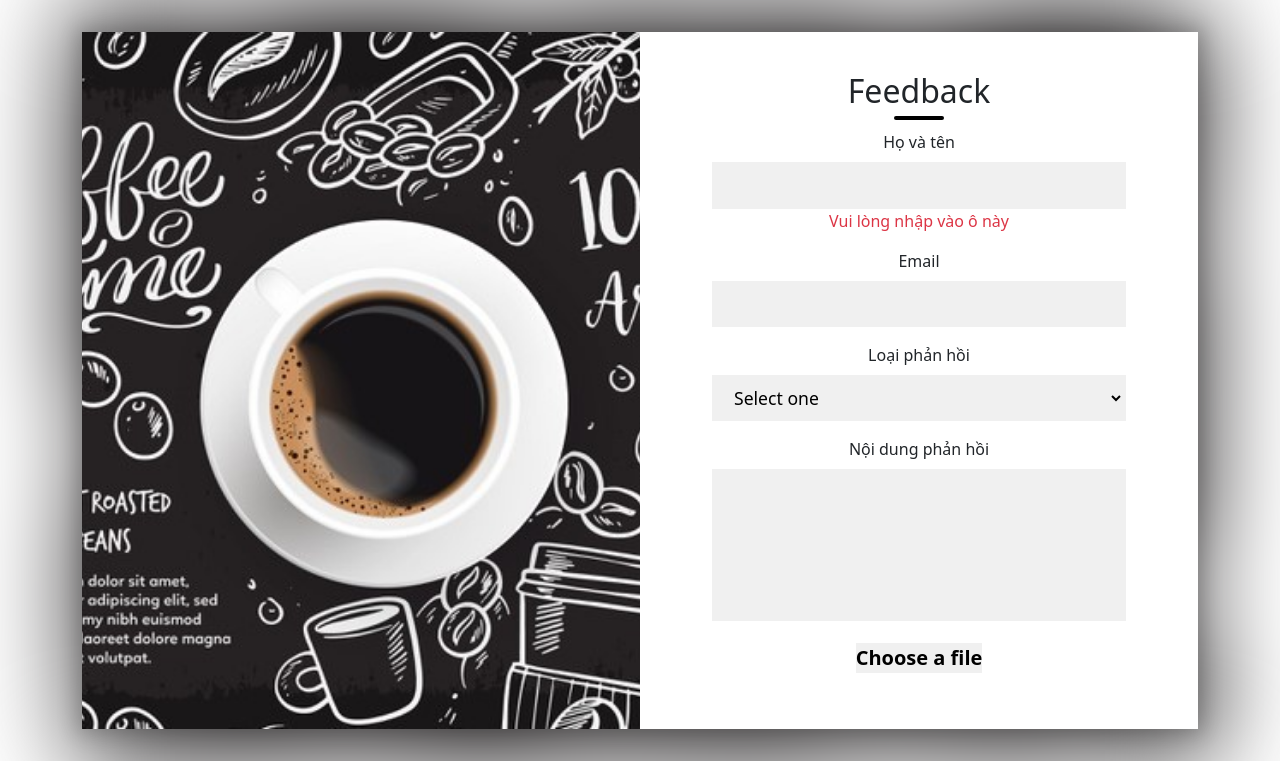
Repository: LeDongGyC/html-css
Page: HTML CSS/prototype/index.html
An editor plug-in stored every save of this project. The page is shown before and after a run of saves, followed by the edit.
The browser window is 1280 px wide. The pictures show the whole page.
The style sheet was rebuilt from its Sass, Less or Tailwind sources for each picture, by a compiler version that may differ from the author's.

Above is the page before, as saved 2023-05-24 10:32:05.

### HTML CSS/prototype/index.html
<!doctype html>
<html lang="en">

<head>
  <title>Title</title>
  <!-- Required meta tags -->
  <meta charset="utf-8">
  <meta name="viewport" content="width=device-width, initial-scale=1, shrink-to-fit=no">
  <link rel="stylesheet" href="style.css">
  <link rel="stylesheet" href="reset.css">
  <!-- <script src="index.js"></script> Bootstrap CSS v5.2.1 -->
  <script>
    var inputs = document.querySelectorAll('.inputfile');
    Array.prototype.forEach.call(inputs, function (input) {
      var label = input.nextElementSibling,
        labelVal = label.innerHTML;
      input.addEventListener('change', function (e) {
        var fileName = '';
        if (this.files && this.files.length > 1)
          fileName = (this.getAttribute('data-multiple-caption') || '').replace('{count}', this.files.length);
        else
          fileName = e.target.value.split('\\').pop();

        if (fileName)
          label.querySelector('span').innerHTML = fileName;
        else
          label.innerHTML = labelVal;
      });
    });
  </script>
  <link href="https://cdn.jsdelivr.net/npm/bootstrap@5.2.1/dist/css/bootstrap.min.css" rel="stylesheet"
    integrity="sha384-iYQeCzEYFbKjA/T2uDLTpkwGzCiq6soy8tYaI1GyVh/UjpbCx/TYkiZhlZB6+fzT" crossorigin="anonymous">

</head>

<body>
  <div class="container">
    <div class="feedback-box">
      <div class="feedback-box_left"></div>
      <div class="feedback-box_right">
        <h2 class="feedback-box_right-title">Feedback</h2>
        <div class="mb-3">
          <label for="name" class="form-label">Họ và tên</label>
          <input type="text" class=" feedback-box_right-item" name="" id="name" aria-describedby="helpId"
            placeholder="">
            <span class="text-danger">Vui lòng nhập vào ô này</span>
        </div>
        <div class="mb-3">
          <label for="email" class="form-label">Email</label>
          <input type="text" class=" feedback-box_right-item" name="" id="email" aria-describedby="helpId"
            placeholder="">
        </div>
        <div class="mb-3">
          <label for="" class="form-label">Loại phản hồi</label>
          <select class="feedback-box_right-item " name="" id="">
            <option selected disabled>Select one</option>
            <option value="" class="feedback-box_right-item-selected">Option 1</option>
            <option value="" class="feedback-box_right-item-selected">Option 2</option>
            <option value="" class="feedback-box_right-item-selected">Option 3</option>
          </select>
        </div>
        <div class="mb-3">
          <label for="feedback" class="form-label">Nội dung phản hồi</label>
          <textarea type="" class=" feedback-box_right-item" name="" id="feedback" aria-describedby="helpId"
            placeholder="" rows="5"></textarea>
        </div>
        <div class="mb-3">
          <input type="file" name="file" id="file" class="inputfile" data-multiple-caption="{count} files selected"
            multiple />
          <label for="file">Choose a file</label>
        </div>
      </div>
    </div>
  </div>
  <!-- Bootstrap JavaScript Libraries -->
  <!-- <script src="https://cdn.jsdelivr.net/npm/@popperjs/core@2.11.6/dist/umd/popper.min.js"
    integrity="sha384-oBqDVmMz9ATKxIep9tiCxS/Z9fNfEXiDAYTujMAeBAsjFuCZSmKbSSUnQlmh/jp3" crossorigin="anonymous">
    </script>

  <script src="https://cdn.jsdelivr.net/npm/bootstrap@5.2.1/dist/js/bootstrap.min.js"
    integrity="sha384-7VPbUDkoPSGFnVtYi0QogXtr74QeVeeIs99Qfg5YCF+TidwNdjvaKZX19NZ/e6oz" crossorigin="anonymous">
    </script> -->
</body>

</html>

### HTML CSS/prototype/style.scss
* {
  box-sizing: border-box;
}
html {
  font-size: 62.5%;
}
body {
  font-size: 1.6rem;
  font-family: "Arial", sans-serif;
  font-weight: normal;
  // height: 100vh;
  // width: 100%;
}
.container {
  position: relative;
  width: 80%;
  height: 80%;
  display: flex;
  justify-content: center;
  align-items: center;
  padding: 2rem 10rem;
  &::after {
    position: sticky;
    content: "";
    position: absolute;
    width: 100%;
    height: 100%;
    left: 0;
    top: 0;
    background: url("cafe.jpg") no-repeat center;
    background-size: cover;
    filter: blur(50px);
    z-index: -1;
  }
}
.feedback-box {
  max-width: 85rem;
  // min-width: 70vw;
  display: grid;
  grid-template-columns: repeat(2, 1fr);
  justify-content: center;
  align-items: center;
  text-align: center;
  background-color: #fff;
  box-shadow: 0px 0px 19px 5px rgba(0, 0, 0, 0.19);
  &_left {
    background: url("cafe.jpg") no-repeat center;
    display: block;
    background-size: cover;
    // object-fit: cover;
    height: 100%;
  }
  &_right {
    padding: 2.5rem 4.5rem;
    &-title {
      position: relative;
      padding: 0 0 10px;
      margin-bottom: 10px;
      &::after {
        content: "";
        position: absolute;
        left: 50%;
        bottom: 0;
        transform: translateX(-50%);
        height: 4px;
        width: 50px;
        border-radius: 2px;
        background-color: black;
      }
    }
    &-item {
      width: 100%;
      border: 2px solid rgba(0, 0, 0, 0);
      outline: none;
      background-color: rgba(230, 230, 230, 0.6);
      padding: 0.5rem 1rem;
      font-size: 1.1rem;
      //   margin-bottom: 22px;
      transition: 0.3s;
      &:hover {
        background-color: rgba(0, 0, 0, 0.1);
      }
      &:focus {
        border: 2px solid rgba(30, 85, 250, 0.47);
        background-color: #fff;
      }
      &:last-child {
        resize: none;
      }
    }
  }
}
.inputfile {
	width: 0.1px;
	height: 0.1px;
	opacity: 0;
	overflow: hidden;
	position: absolute;
	z-index: -1;
}
.inputfile + label {
    font-size: 1.25em;
    font-weight: 700;
    color: black;
    background-color: rgba(230, 230, 230, 0.6);
    display: inline-block;
    cursor: pointer;
}

.inputfile:focus + label,
.inputfile + label:hover {
  color: rgba(30, 85, 250, 0.47);
  background-color: rgba(0, 0, 0, 0.1);
}

Loaded but not shown: HTML CSS/prototype/reset.css (common file)

After the next 2 saves:
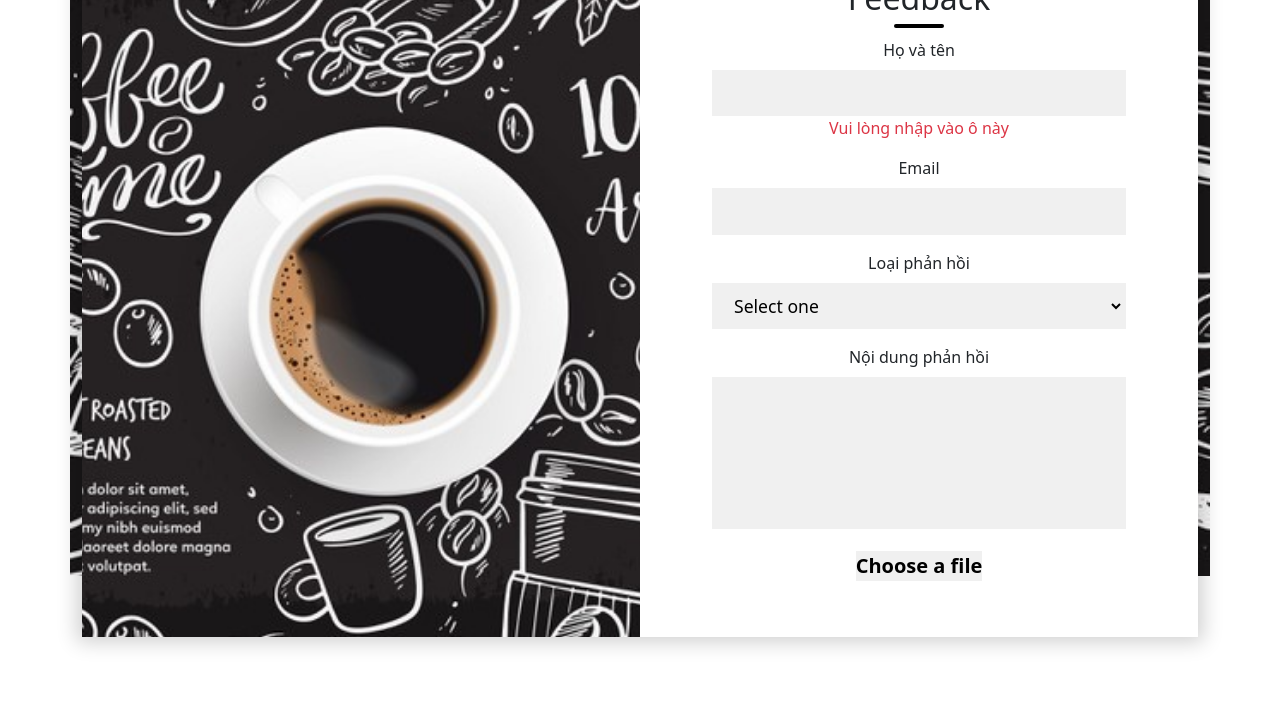
The 2 saves are shown as one change because they came seconds apart.
The last was saved 11 s later.
--- a/HTML CSS/prototype/style.scss
+++ b/HTML CSS/prototype/style.scss
@@ -8,7 +8,7 @@ body {
   font-size: 1.6rem;
   font-family: "Arial", sans-serif;
   font-weight: normal;
-  // height: 100vh;
+  height: 100vh;
   // width: 100%;
 }
 .container {
@@ -29,7 +29,7 @@ body {
     top: 0;
     background: url("cafe.jpg") no-repeat center;
     background-size: cover;
-    filter: blur(50px);
+    // filter: blur(50px);
     z-index: -1;
   }
 }
